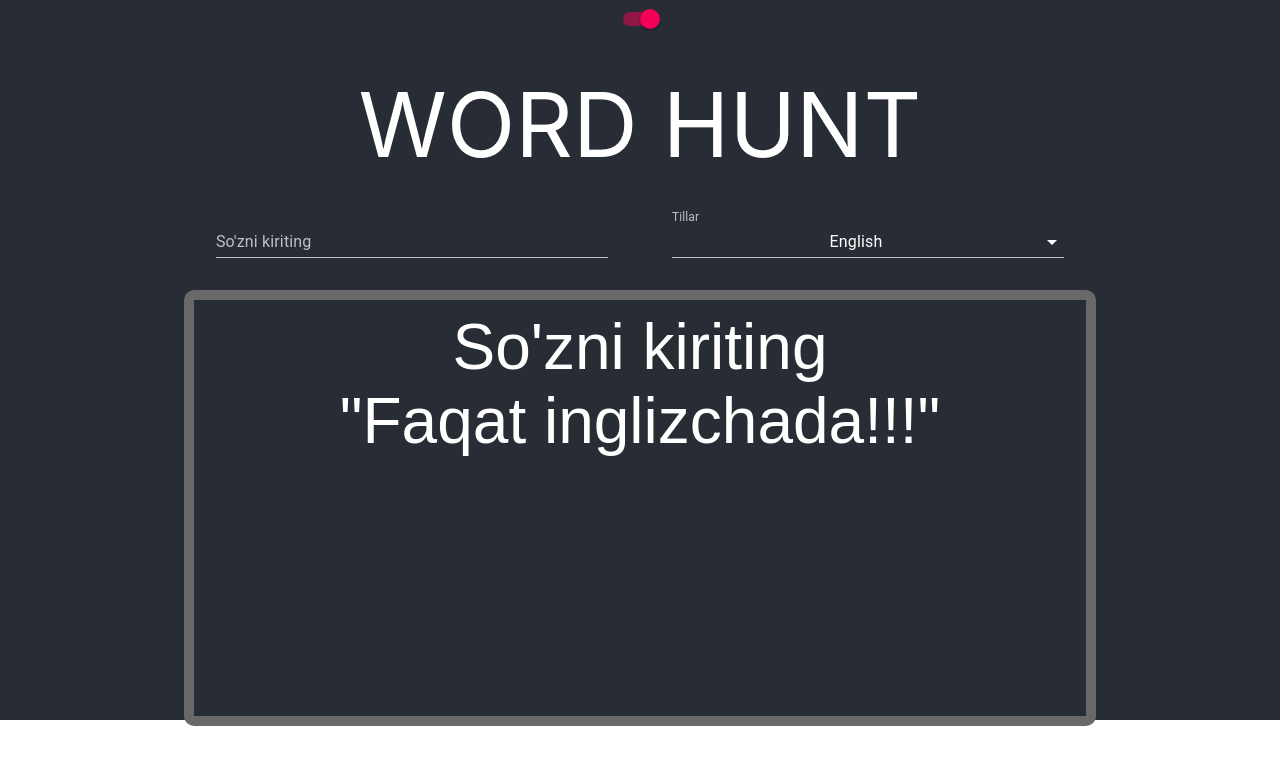
Repository: om1ars/react-translator
Page: /
The author's editor kept a copy of each file at every save. The page is drawn from the files as they stood at one save, then again after a run of saves.
The browser window is 1280 px wide. The pictures show the whole page.
The page's requests for data from a server got no answer. The project was rebuilt for these pictures with package versions that can differ from the ones it lists, and the page was loaded fresh each time. No one was signed in, and anything a server would have sent is missing.

Above is the page before, as saved 2021-10-07 15:54:59.

After the next 2 saves:
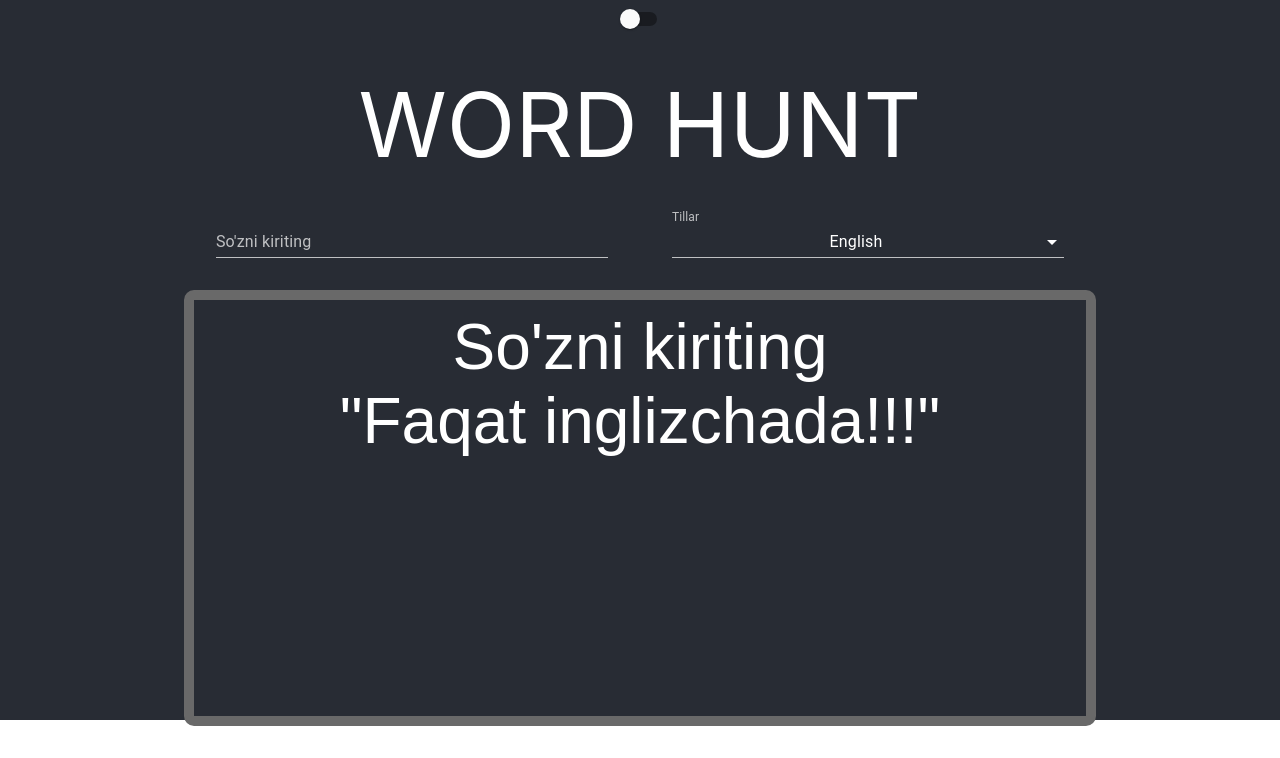
The 2 saves are shown as one change because they came seconds apart.
The last was saved 2 min 8 s later.
--- a/src/App.js
+++ b/src/App.js
@@ -9,7 +9,7 @@ function App() {
   const [word, setword] = useState("");
   const [meanings, setmeanings] = useState([]);
   const [category, setcategory] = useState("en");
-  const [checked, setChecked] = useState(true);
+  const [checked, setChecked] = useState(false);
 
   const dictionaryApi = async () => {
     try {
